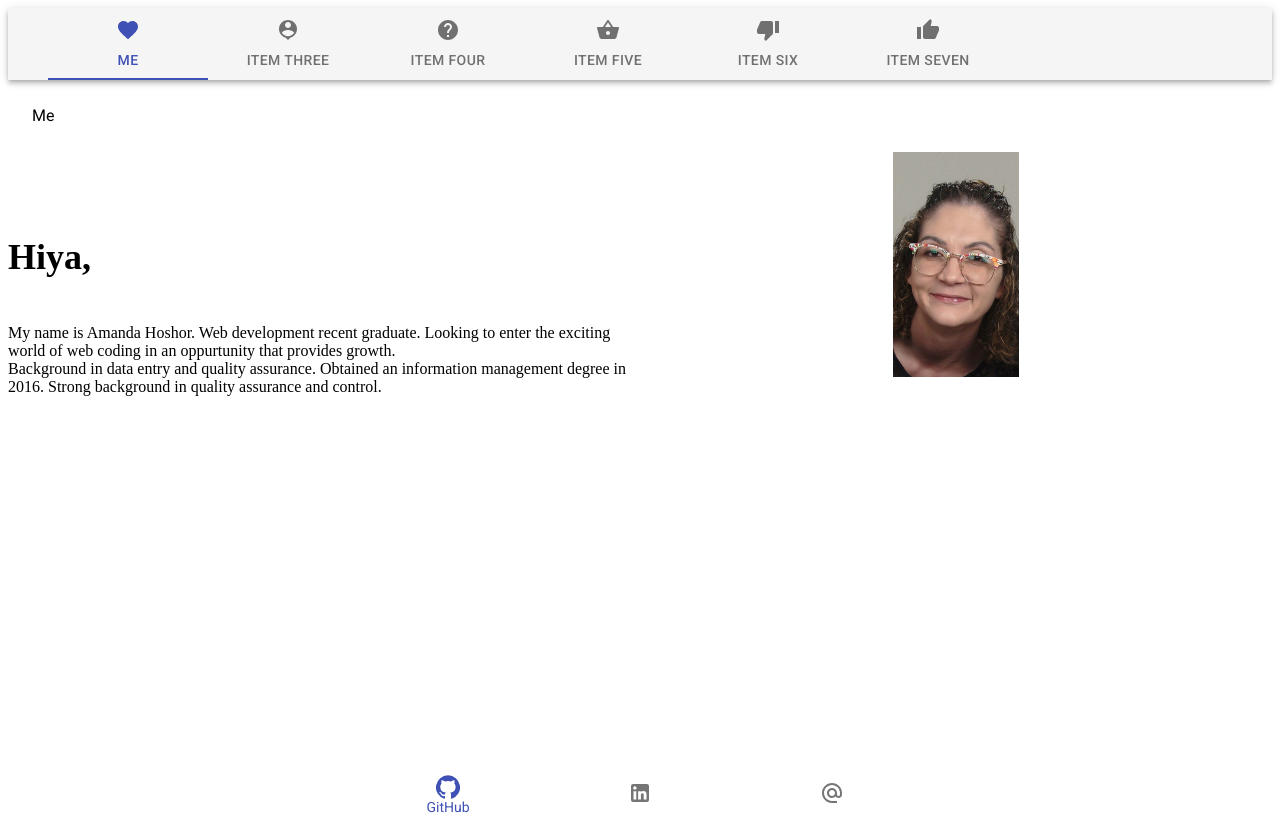
Repository: mandahos/hoshor
Page: /
The author's editor kept a copy of each file at every save. The page is drawn from the files as they stood at one save, then again after the next save.
The browser window is 1280 px wide. The pictures show the whole page.
The project was rebuilt for these pictures with package versions that can differ from the ones it lists, and the page was loaded fresh each time. Also part of the build but not shown: src/components/Portfolio/index.js, src/components/Resume/index.js. Imported but missing from the stored project, and not drawn on this page: src/assets/resume/Amanda_Hoshor_Resume.PDF, src/assets/resume/Resume_Hoshor (1).pdf.

Above is the page before, as saved 2021-08-19 21:53:04.

After the next save:
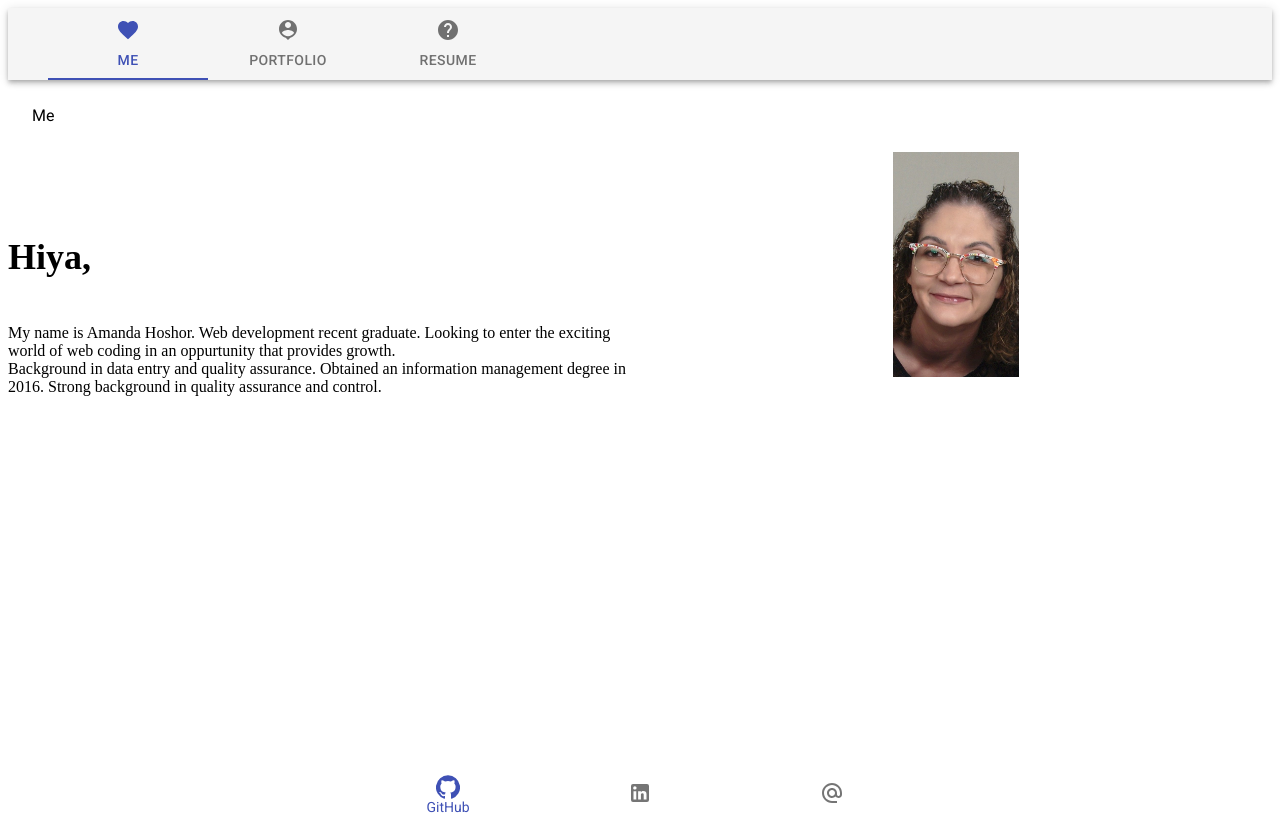
Saved 2 min 58 s later.
--- a/src/components/Navigation/index.js
+++ b/src/components/Navigation/index.js
@@ -80,12 +80,9 @@ export default function ScrollableTabsButtonForce() {
         >
 
           <Tab label="Me" icon={<FavoriteIcon />} {...a11yProps(1)} />
-          <Tab label="Item Three" icon={<PersonPinIcon />} {...a11yProps(2)} />
-          <Tab label="Item Four" icon={<HelpIcon />} {...a11yProps(3)} />
-          <Tab label="Item Five" icon={<ShoppingBasket />} {...a11yProps(4)} />
-          <Tab label="Item Six" icon={<ThumbDown />} {...a11yProps(5)} />
-          <Tab label="Item Seven" icon={<ThumbUp />} {...a11yProps(6)} />
-        </Tabs>
+          <Tab label="Portfolio" icon={<PersonPinIcon />} {...a11yProps(2)} />
+          <Tab label="Resume" icon={<HelpIcon />} {...a11yProps(3)} />
+          </Tabs>
       </AppBar>
       <TabPanel value={value} index={0} linkButton={true} href="../Me/index.js">
       Me
